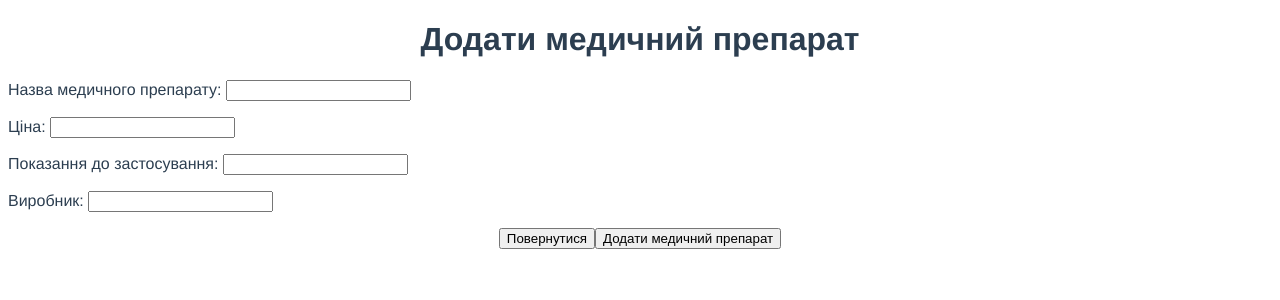
Repository: kristinap8/pharmacy
Page: /add_medicine
These files come from the project's save history. The page is drawn as it stood at one moment and after the next save; the edit follows.
The browser window is 1280 px wide. The pictures show the whole page.
The project was rebuilt for these pictures with package versions that can differ from the ones it lists, and the page was loaded fresh each time. Also part of the build but not shown: src/components/EditMedicineForm/index.vue, src/pages/EditMedicine/index.vue, src/components/MedicinesList/MedicineCard/index.vue, src/components/MedicinesList/index.vue, src/pages/AllMedicines/index.vue, src/components/CartForm/index.vue, src/pages/Cart/index.vue.

Above is the page before, as saved 2020-12-09 23:32:15.

After the next save:
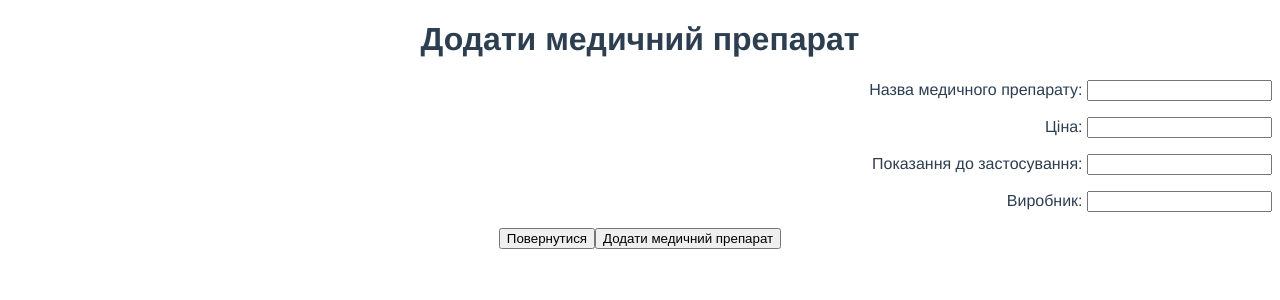
Saved 11 s later.
--- a/src/components/AddMedicineForm/index.vue
+++ b/src/components/AddMedicineForm/index.vue
@@ -69,7 +69,7 @@ import { mapActions } from 'vuex'
 }
 .form-row {
   display: flex;
-  justify-content:flex-start
+  justify-content:flex-end
 }
 
 </style>
